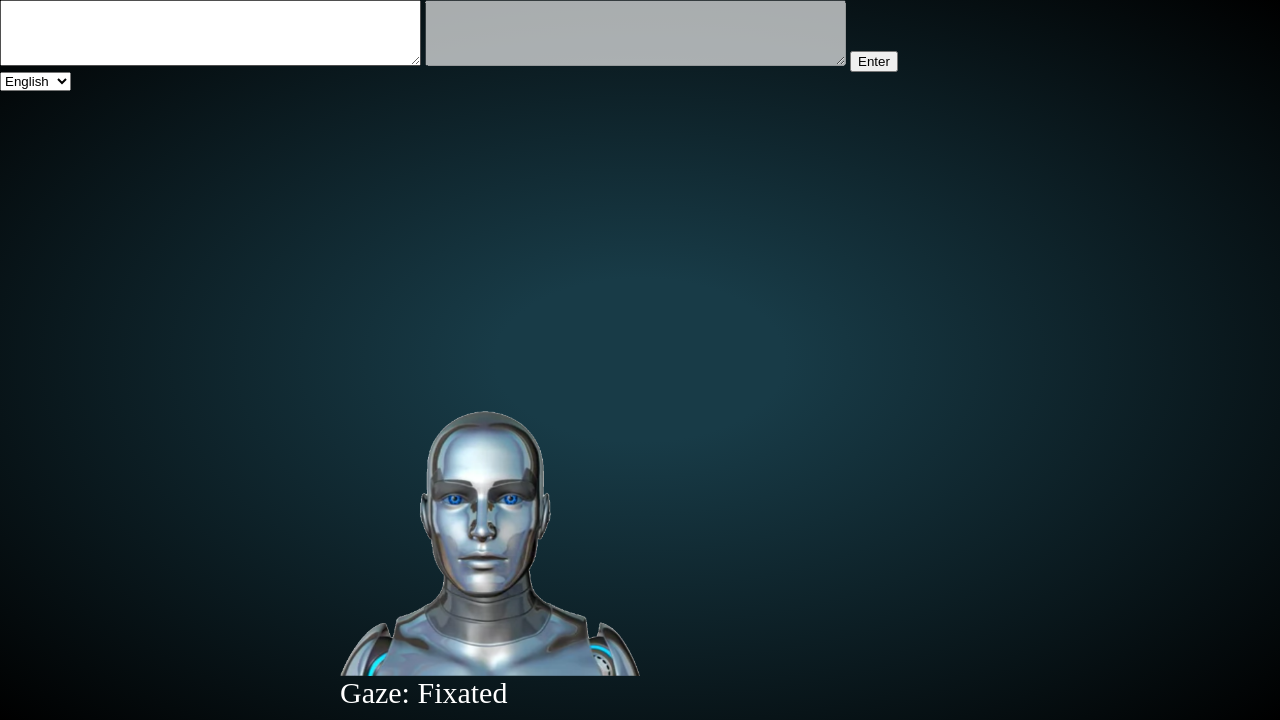
Repository: JigsRes/CS625-Artificial-Intelligence
Page: AI Project 4 ChatBot/workspace/chatbot.html
The author's editor kept a record of every edit. The page is drawn from the files as they stood at one moment, then again after the next edit.
The browser window is 1280 px wide. The pictures show the whole page.
The page's requests for data from a server got no answer.

Above is the page before.

After the next edit:
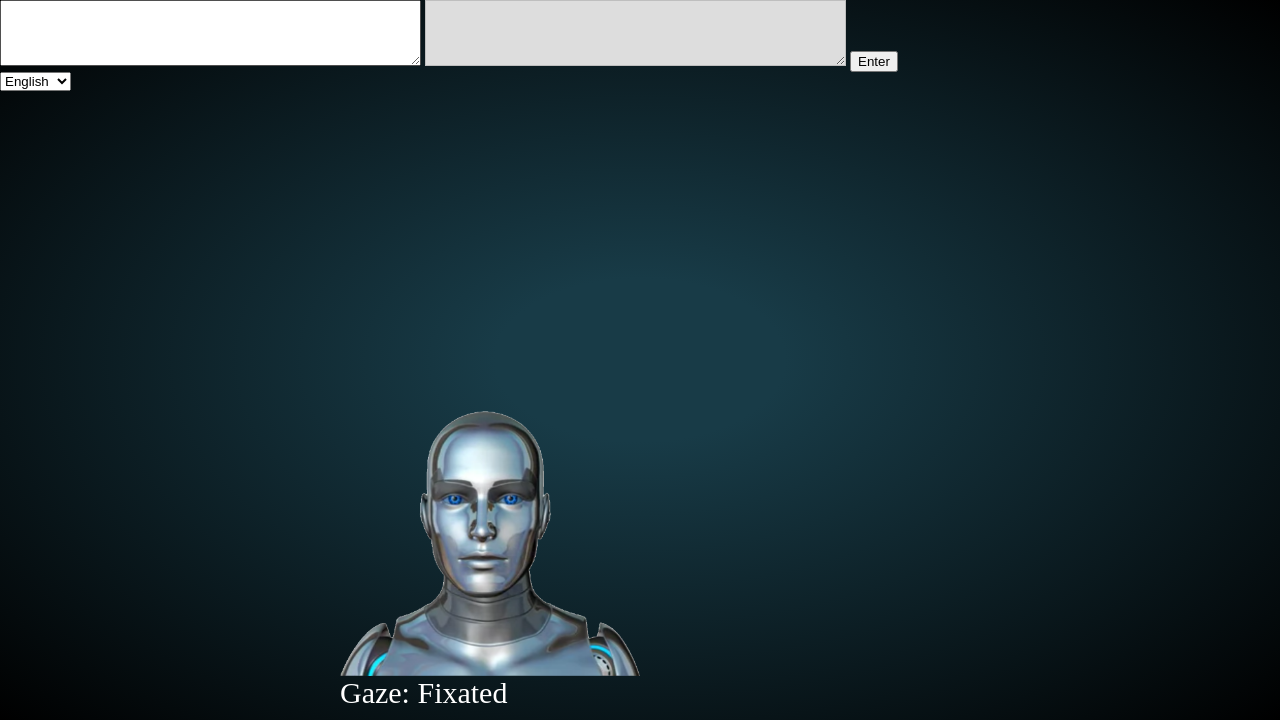
The edit:
--- a/AI Project 4 ChatBot/workspace/styles.css
+++ b/AI Project 4 ChatBot/workspace/styles.css
@@ -41,3 +41,6 @@
 .explanation {
     font-size: 20px;
 }
+.translatedfield {
+    background: #ddd;
+}
